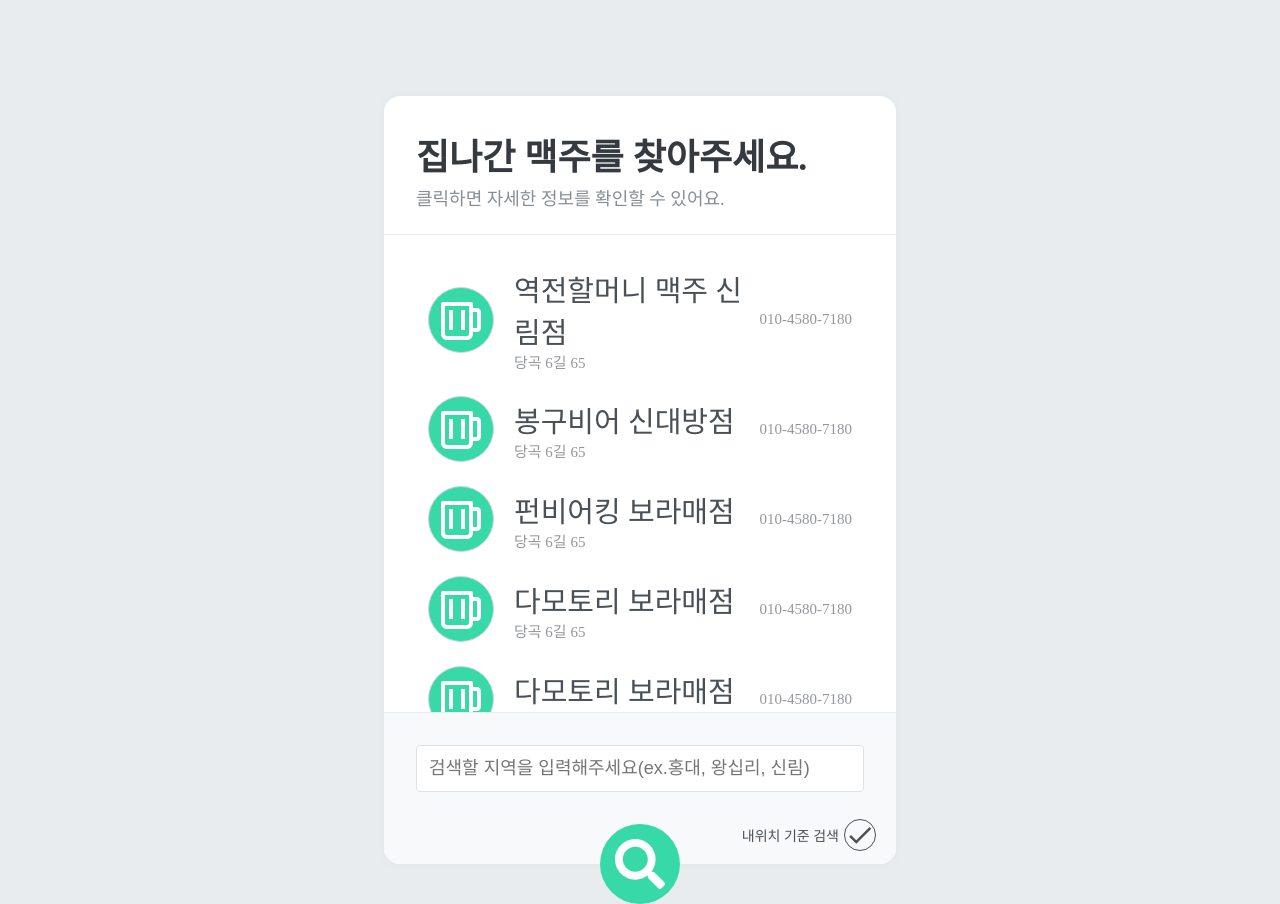
Repository: THE-SOPT-WEB/kimNamjun
Page: / (app in week4/bring-my-beer/)
These files come from the project's save history. The page is drawn as it stood at one moment and after the next save; the edit follows.
The browser window is 1280 px wide. The pictures show the whole page.
An inner scrolling area shows only its first screen. The project was rebuilt for these pictures with package versions that can differ from the ones it lists, and the page was loaded fresh each time.

Above is the page before, as saved 2022-05-13 02:59:13.

After the next save:
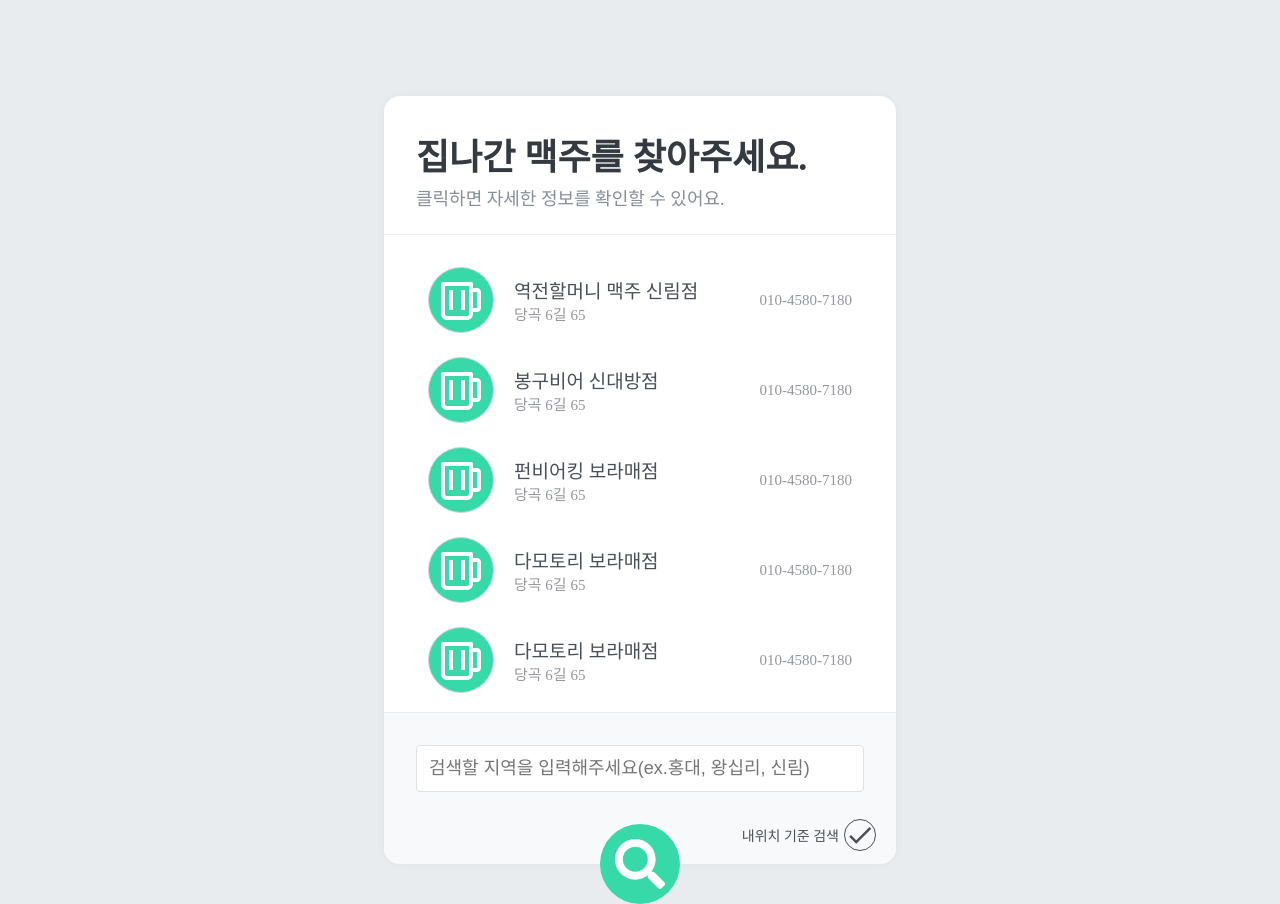
Saved 4 s later.
--- a/week4/bring-my-beer/src/components/Item.jsx
+++ b/week4/bring-my-beer/src/components/Item.jsx
@@ -31,7 +31,7 @@ const Icon = styled.div`
 
 const Title = styled.div`
   flex: 1;
-  font-size: 29px;
+  font-size: 19px;
   color: #495057;
 `;
 
